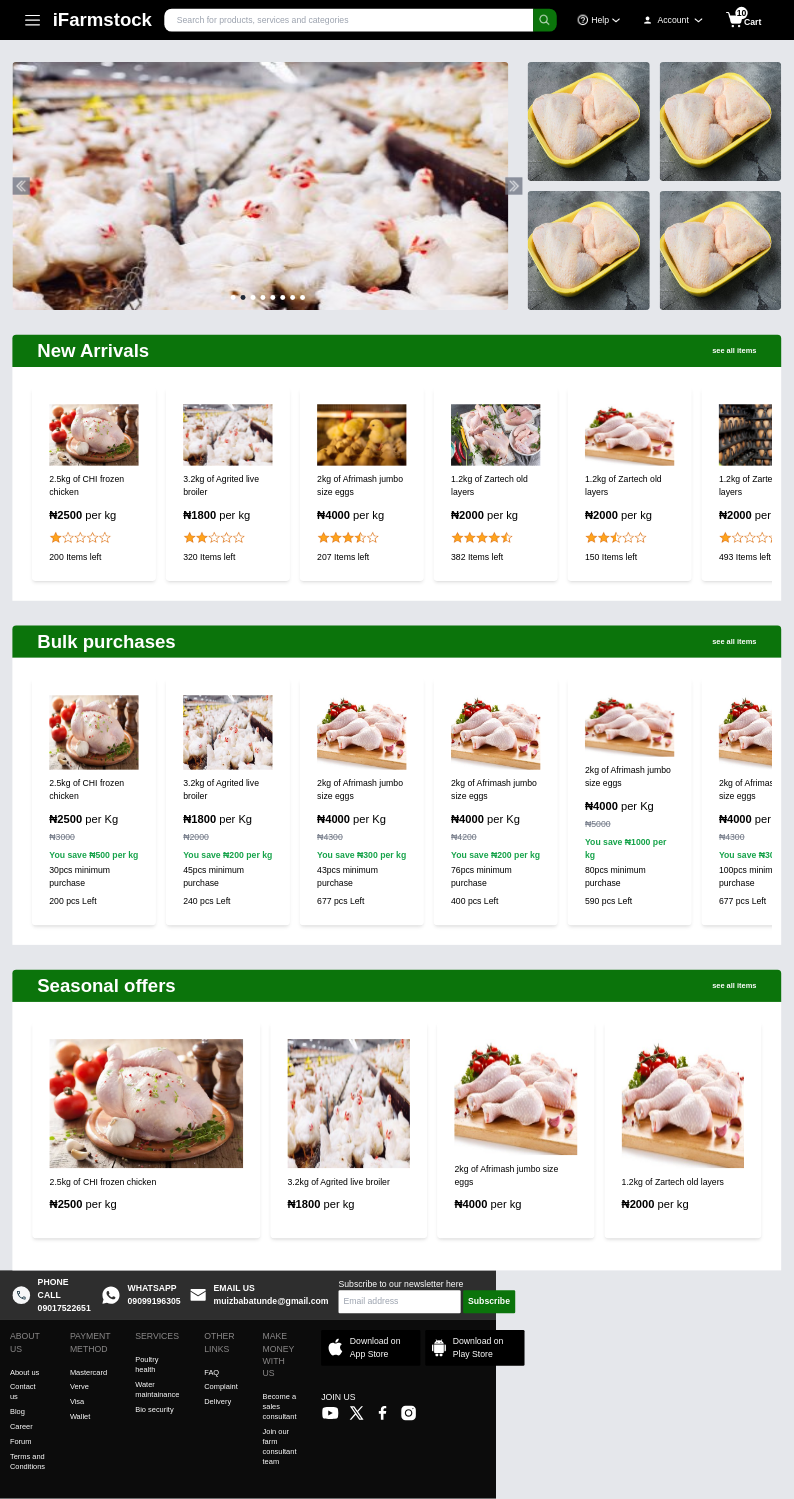
Repository: IssaMuiz/ifarmstock
Page: /
These files come from the project's save history. The page is drawn as it stood at one moment and after the next save; the edit follows.
The browser window is 1280 px wide. The pictures show the whole page, at 62% of full size.
The project was rebuilt for these pictures with package versions that can differ from the ones it lists, and the page was loaded fresh each time. The framework's server and built-in components were replaced by stand-ins that run in the browser. Also part of the build but not shown: next.config.mjs.

Above is the page before, as saved 2024-09-04 06:30:03.

### app/layout.tsx
import "@/styles/globals.css";

export const metadata = {
  title: "Grow",
  description: "Livestock farming e-commerce application",
};

export default function RootLayout({
  children,
}: {
  children: React.ReactNode;
}) {
  return (
    <html lang="en">
      <body className="bg-gray-200 h-screen w-auto">
        <section className="mb-5">{children}</section>
      </body>
    </html>
  );
}

### styles/globals.css
@tailwind base;
@tailwind components;
@tailwind utilities;

.scrollbar {
  scrollbar-width: thin;
  scrollbar-color: gray #313131;
}

.bgColor {
  background-color: rgb(11, 116, 11);
}

.text {
  color: white;
}

body {
  font-family: Arial, Helvetica, sans-serif;
  font-size: 14px;
}

### components/clientLayout.tsx
"use client";
import Navbar from "@/components/navbar";
import Sidenav from "@/components/sidenav";
import Footer from "@/components/footer";

import { useState, createContext } from "react";

export const SidebarContext = createContext({
  isOpen: false,
  toggleSidebar: () => {},
});

const ClientLayout = ({ children }: { children: React.ReactNode }) => {
  const [isOpen, setIsOpen] = useState(false);

  const toggleSidebar = () => {
    setIsOpen((prev) => !prev);
  };
  return (
    <SidebarContext.Provider value={{ isOpen, toggleSidebar }}>
      <Navbar />
      <Sidenav />
      <div
        className={`fixed inset-0 bg-black transition-opacity duration-300 ease-in-out z-10 ${
          isOpen
            ? "opacity-70 pointer-events-auto"
            : "opacity-0 pointer-events-none"
        }`}
        onClick={toggleSidebar}
      ></div>
      <section
        className={`relative z-0 transition-all duration-300 ease-in-out `}
      >
        {children}
      </section>
      <Footer />
    </SidebarContext.Provider>
  );
};

export default ClientLayout;

### components/newArrivalsCards.tsx
import Image from "next/image";
import newArrivalsCards from "../models/newArrivalsCards.json";
const NewArrivalsCards = () => {
  const sliceNewArrivals = newArrivalsCards.slice(0, 10);
  return (
    <div className="bg-white h-auto w-auto tablet:p-4 mobile:p-1">
      <div className="flex overflow-x-auto space-x-4 p-4">
        {sliceNewArrivals.map((product, index) => (
          <div
            key={index}
            className="flex shadow-md hover:shadow-xl hover:scale-[1.01] hover:transition-all hover:duration-300 hover:ease-in-out flex-col tablet:min-w-[200px] mobile:min-w-[160px] tablet:p-7 tablet:gap-3 mobile:p-2 mobile:gap-1 rounded-md cursor-pointer"
          >
            <Image
              src={product.image}
              alt="poultry"
              width={150}
              height={100}
              className="h-full w-full"
            />
            <div className="text-md">
              <p className="line-clamp-2 mb-3">
                <span>{product.weight}</span> of {product.name}
              </p>
              <p className="font-semibold text-lg mb-3">
                &#8358;{product.Price}
                <span className="text-md font-extralight"> per kg</span>
              </p>
              <div className="mb-3">
                <Image
                  src={product.rating}
                  alt="rating-icon"
                  width={100}
                  height={60}
                />
              </div>
              <div className="">{product.itemsLeft} Items left</div>
            </div>
          </div>
        ))}
      </div>
    </div>
  );
};

export default NewArrivalsCards;

### components/seasonalCards.tsx
import Image from "next/image";
import seasonalCards from "@/models/seasonalCards.json";
const SeasonalCards = () => {
  return (
    <div className="bg-white h-auto w-auto tablet:p-4 mobile:p-1">
      <div className="flex overflow-x-auto space-x-4 p-4 mb-5">
        {seasonalCards.map((product, index) => (
          <div
            key={index}
            className="flex shadow-md hover:shadow-xl hover:scale-[1.01] hover:transition-all hover:duration-300 hover:ease-in-out flex-col tablet:min-w-[200px] mobile:min-w-[160px] tablet:p-7 tablet:gap-3 mobile:p-2 mobile:gap-1 rounded-md cursor-pointer"
          >
            <Image
              src={product.image}
              alt="poultry"
              width={150}
              height={100}
              className="h-full w-full"
            />
            <div className="text-md">
              <p className="line-clamp-2 mb-3">
                <span>{product.weight}</span> of {product.name}
              </p>
              <p className="font-semibold text-lg mb-3">
                &#8358;{product.Price}
                <span className="text-md font-extralight"> per kg</span>
              </p>
            </div>
          </div>
        ))}
      </div>
    </div>
  );
};

export default SeasonalCards;

### components/footer.tsx
import Link from "next/link";

const Footer = () => {
  return (
    <footer>
      <div className=" mobile:hidden tablet:flex flex-col text w-[800px]">
        <div className=" bg-[#2e2e2e] flex justify-between gap-4 h-20 items-center px-5 w-full">
          <div className="flex gap-3 items-center cursor-pointer hover:text-[#8a8888] font-semibold">
            <svg
              xmlns="http://www.w3.org/2000/svg"
              width="30"
              height="30"
              viewBox="0 0 42 42"
            >
              <g id="PhoneIcon" transform="translate(-1235 -471)">
                <circle
                  id="Ellipse_9"
                  data-name="Ellipse 9"
                  cx="21"
                  cy="21"
                  r="21"
                  transform="translate(1235 471)"
                  fill="#f6f7f8"
                />
                <path
                  id="call_FILL0_wght300_GRAD0_opsz24"
                  d="M158.754-800a15.86,15.86,0,0,1-6.682-1.546,21.268,21.268,0,0,1-6.167-4.363,21.421,21.421,0,0,1-4.357-6.167A15.823,15.823,0,0,1,140-818.752a1.214,1.214,0,0,1,.353-.89,1.192,1.192,0,0,1,.882-.356h3.837a1.175,1.175,0,0,1,.786.291,1.279,1.279,0,0,1,.433.718l.674,3.462a1.978,1.978,0,0,1-.029.828,1.231,1.231,0,0,1-.357.581l-2.717,2.645a16.322,16.322,0,0,0,1.5,2.273,22.419,22.419,0,0,0,1.825,2.046,20.311,20.311,0,0,0,2.059,1.8,20.68,20.68,0,0,0,2.355,1.545l2.64-2.663a1.494,1.494,0,0,1,.669-.4,1.922,1.922,0,0,1,.816-.057l3.267.665a1.382,1.382,0,0,1,.727.455,1.16,1.16,0,0,1,.282.765v3.814a1.191,1.191,0,0,1-.356.882A1.214,1.214,0,0,1,158.754-800Zm-15.726-13.145,2.1-2.009a.21.21,0,0,0,.074-.124.275.275,0,0,0-.006-.147l-.511-2.629a.242.242,0,0,0-.079-.136.228.228,0,0,0-.147-.045h-2.516a.154.154,0,0,0-.113.045.153.153,0,0,0-.045.113,15.049,15.049,0,0,0,.395,2.45A14.978,14.978,0,0,0,143.028-813.144Zm10.235,10.167a12.1,12.1,0,0,0,2.44.834,13.842,13.842,0,0,0,2.374.343.153.153,0,0,0,.113-.045.153.153,0,0,0,.045-.113v-2.475a.228.228,0,0,0-.045-.147.242.242,0,0,0-.136-.079l-2.471-.5a.186.186,0,0,0-.119-.006.289.289,0,0,0-.107.074ZM143.028-813.144ZM153.263-802.976Z"
                  transform="translate(1105.999 1301.999)"
                  fill="#072635"
                />
              </g>
            </svg>
            <div>
              <p>PHONE CALL</p>
              <p>09017522651</p>
            </div>
          </div>
          <div>
            <div className="flex gap-3 items-center cursor-pointer hover:text-[#8a8888] font-semibold">
              <svg
                xmlns="http://www.w3.org/2000/svg"
                viewBox="0 0 50 50"
                width="30"
                height="30"
                className="fill-white"
              >
                <path d="M25,2C12.318,2,2,12.318,2,25c0,3.96,1.023,7.854,2.963,11.29L2.037,46.73c-0.096,0.343-0.003,0.711,0.245,0.966 C2.473,47.893,2.733,48,3,48c0.08,0,0.161-0.01,0.24-0.029l10.896-2.699C17.463,47.058,21.21,48,25,48c12.682,0,23-10.318,23-23 S37.682,2,25,2z M36.57,33.116c-0.492,1.362-2.852,2.605-3.986,2.772c-1.018,0.149-2.306,0.213-3.72-0.231 c-0.857-0.27-1.957-0.628-3.366-1.229c-5.923-2.526-9.791-8.415-10.087-8.804C15.116,25.235,13,22.463,13,19.594 s1.525-4.28,2.067-4.864c0.542-0.584,1.181-0.73,1.575-0.73s0.787,0.005,1.132,0.021c0.363,0.018,0.85-0.137,1.329,1.001 c0.492,1.168,1.673,4.037,1.819,4.33c0.148,0.292,0.246,0.633,0.05,1.022c-0.196,0.389-0.294,0.632-0.59,0.973 s-0.62,0.76-0.886,1.022c-0.296,0.291-0.603,0.606-0.259,1.19c0.344,0.584,1.529,2.493,3.285,4.039 c2.255,1.986,4.158,2.602,4.748,2.894c0.59,0.292,0.935,0.243,1.279-0.146c0.344-0.39,1.476-1.703,1.869-2.286 s0.787-0.487,1.329-0.292c0.542,0.194,3.445,1.604,4.035,1.896c0.59,0.292,0.984,0.438,1.132,0.681 C37.062,30.587,37.062,31.755,36.57,33.116z" />
              </svg>
              <div>
                <p>WHATSAPP</p>
                <p>09099196305</p>
              </div>
            </div>
          </div>
          <div className="flex gap-3 items-center cursor-pointer hover:text-[#8a8888] font-semibold">
            <svg
              className="fill-white"
              xmlns="http://www.w3.org/2000/svg"
              viewBox="0 0 128 96"
              id="email"
              height="25"
              width="25"
            >
              <g>
                <path d="M0 11.283V8a8 8 0 0 1 8-8h112a8 8 0 0 1 8 8v3.283l-64 40zm66.12 48.11a4.004 4.004 0 0 1-4.24 0L0 20.717V88a8 8 0 0 0 8 8h112a8 8 0 0 0 8-8V20.717z"></path>
              </g>
            </svg>
            <div>
              <p>EMAIL US</p>
              <p>muizbabatunde@gmail.com</p>
            </div>
          </div>
          <div>
            <p>Subscribe to our newsletter here</p>
            <div className="flex items-center gap-1">
              <input
                className="p-2 rounded-sm text-black outline-none"
                type="text"
                placeholder="Email address"
              />
              <button
                type="submit"
                className="bgColor p-2 hover:bg-[#015722] font-semibold rounded-sm
            "
              >
                Subscribe
              </button>
            </div>
          </div>
        </div>

        <div className="bg-[#0c0c0c] h-72 p-4 flex items-start gap-10 w-full">
          <div className="flex flex-col gap-5">
            <h2 className="text-sm text-[#8a8888]">ABOUT US</h2>
            <div className="text-xs flex flex-col gap-2">
              <Link className="hover:underline" href="/">
                About us
              </Link>
              <Link className="hover:underline" href="/">
                Contact us
              </Link>
              <Link className="hover:underline" href="/">
                Blog
              </Link>
              <Link className="hover:underline" href="/">
                Career
              </Link>
              <Link className="hover:underline" href="/">
                Forum
              </Link>
              <Link className="hover:underline" href="/">
                Terms and Conditions
              </Link>
            </div>
          </div>

          <div className="flex flex-col gap-5">
            <h2 className="text-sm text-[#8a8888]">PAYMENT METHOD</h2>
            <div className="text-xs flex flex-col gap-2">
              <Link className="hover:underline" href="/">
                Mastercard
              </Link>
              <Link className="hover:underline" href="/">
                Verve
              </Link>
              <Link className="hover:underline" href="/">
                Visa
              </Link>
              <Link className="hover:underline" href="/">
                Wallet
              </Link>
            </div>
          </div>
          <div className="flex flex-col gap-5">
            <h2 className="text-sm text-[#8a8888]">SERVICES</h2>
            <div className="text-xs flex flex-col gap-2">
              <Link className="hover:underline" href="/">
                Poultry health
              </Link>
              <Link className="hover:underline" href="/">
                Water maintainance
              </Link>
              <Link className="hover:underline" href="/">
                Bio security
              </Link>
            </div>
          </div>
          <div className="flex flex-col gap-5">
            <h2 className="text-sm text-[#8a8888]">OTHER LINKS</h2>
            <div className="text-xs flex flex-col gap-2">
              <Link className="hover:underline" href="/">
                FAQ
              </Link>
              <Link className="hover:underline" href="/">
                Complaint
              </Link>
              <Link className="hover:underline" href="/">
                Delivery
              </Link>
            </div>
          </div>
          <div className="flex flex-col gap-5">
            <h2 className="text-sm text-[#8a8888]">MAKE MONEY WITH US</h2>
            <div className="text-xs flex flex-col gap-2">
              <Link className="hover:underline" href="/">
                Become a sales consultant
              </Link>
              <Link className="hover:underline" href="/">
                Join our farm consultant team
              </Link>
            </div>
          </div>
          <div>
            <div className="flex gap-2">
              <div className="bg-black rounded-sm flex items-center p-2 w-40 gap-2 cursor-pointer">
                <svg
                  fill="#FFFFFF"
                  version="1.1"
                  id="Layer_1"
                  xmlns="http://www.w3.org/2000/svg"
                  xmlnsXlink="http://www.w3.org/1999/xlink"
                  x="0px"
                  y="0px"
                  viewBox="0 0 64 64"
                  xmlSpace="preserve"
                  height="30px"
                  width="30px"
                >
                  <path d="M54.166,19.783c-0.258,0.162-6.401,3.571-6.401,11.13c0.29,8.621,7.752,11.644,7.88,11.644 c-0.128,0.162-1.127,4.119-4.085,8.267C49.213,54.398,46.607,58,42.65,58c-3.764,0-5.115-2.381-9.458-2.381 c-4.664,0-5.984,2.381-9.555,2.381c-3.957,0-6.756-3.795-9.232-7.335c-3.216-4.633-5.95-11.903-6.047-18.883 c-0.065-3.699,0.644-7.335,2.444-10.423c2.541-4.312,7.077-7.238,12.031-7.335c3.795-0.128,7.173,2.606,9.49,2.606 c2.22,0,6.37-2.606,11.065-2.606C45.415,14.026,50.82,14.636,54.166,19.783z M32.002,13.285c-0.676-3.378,1.19-6.756,2.927-8.911 C37.149,1.769,40.655,0,43.678,0c0.193,3.378-1.03,6.691-3.216,9.104C38.5,11.71,35.122,13.671,32.002,13.285z" />
                </svg>
                <div>
                  <p>Download on</p>
                  <p>App Store</p>
                </div>
              </div>
              <div className="bg-black rounded-sm flex items-center p-2 w-40 gap-2 cursor-pointer">
                <svg
                  fill="#FFFFFF"
                  xmlns="http://www.w3.org/2000/svg"
                  xmlnsXlink="http://www.w3.org/1999/xlink"
                  viewBox="0 0 50 50"
                  width="28px"
                  height="28px"
                >
                  <path d="M30.718,6.156c-0.192,0-0.387-0.055-0.559-0.171c-0.458-0.309-0.578-0.931-0.27-1.389l2.805-4.156c0.31-0.458,0.93-0.579,1.389-0.27c0.458,0.309,0.578,0.931,0.27,1.389l-2.805,4.156C31.354,6.002,31.039,6.156,30.718,6.156z" />
                  <path d="M19.282,6.156c-0.321,0-0.637-0.154-0.83-0.441l-2.804-4.156c-0.309-0.458-0.188-1.079,0.27-1.388c0.458-0.31,1.08-0.188,1.388,0.27l2.804,4.156c0.309,0.458,0.188,1.079-0.27,1.388C19.669,6.101,19.475,6.156,19.282,6.156z" />
                  <path d="M25,3c-6.724,0-12.492,4.244-13.816,10h27.633C37.492,7.244,31.724,3,25,3z M19.503,11C18.67,11,18,10.33,18,9.498C18,8.67,18.67,8,19.503,8C20.33,8,21,8.67,21,9.498C21,10.33,20.33,11,19.503,11z M30.497,11C29.67,11,29,10.33,29,9.498C29,8.67,29.67,8,30.497,8C31.33,8,32,8.67,32,9.498C32,10.33,31.33,11,30.497,11z" />
                  <path d="M11,15v22c0,1.654,1.346,3,3,3h22c1.654,0,3-1.346,3-3V15H11z" />
                  <path d="M15,42v4c0,2.206,1.794,4,4,4s4-1.794,4-4v-4H15z" />
                  <path d="M27,42v4c0,2.206,1.794,4,4,4s4-1.794,4-4v-4H27z" />
                  <path d="M42,15c-0.353,0-0.686,0.072-1,0.184v19.633C41.314,34.928,41.647,35,42,35c1.657,0,3-1.343,3-3c0-0.432,0-13.569,0-14C45,16.343,43.657,15,42,15z" />
                  <path d="M9,15.184C8.686,15.072,8.353,15,8,15c-1.657,0-3,1.343-3,3c0,0.431,0,13.568,0,14c0,1.657,1.343,3,3,3c0.353,0,0.686-0.072,1-0.184V15.184z" />
                </svg>
                <div>
                  <p>Download on</p>
                  <p>Play Store</p>
                </div>
              </div>
            </div>
            <div className="mt-10">
              <p>JOIN US</p>
              <div className="flex gap-3">
                <svg
                  className="hover:fill-green-600 cursor-pointer"
                  fill="#FFFFFF"
                  xmlns="http://www.w3.org/2000/svg"
                  xmlnsXlink="http://www.w3.org/1999/xlink"
                  viewBox="0 0 50 50"
                  width="30px"
                  height="30px"
                >
                  <g>
                    <path d="M44.9,14.5c-0.4-2.2-2.3-3.8-4.5-4.3C37.1,9.5,31,9,24.4,9c-6.6,0-12.8,0.5-16.1,1.2c-2.2,0.5-4.1,2-4.5,4.3C3.4,17,3,20.5,3,25s0.4,8,0.9,10.5c0.4,2.2,2.3,3.8,4.5,4.3c3.5,0.7,9.5,1.2,16.1,1.2s12.6-0.5,16.1-1.2c2.2-0.5,4.1-2,4.5-4.3c0.4-2.5,0.9-6.1,1-10.5C45.9,20.5,45.4,17,44.9,14.5z M19,32V18l12.2,7L19,32z" />
                  </g>
                </svg>

                <svg
                  className="hover:fill-green-600 cursor-pointer"
                  fill="#FFFFFF"
                  version="1.1"
                  baseProfile="basic"
                  xmlns="http://www.w3.org/2000/svg"
                  xmlnsXlink="http://www.w3.org/1999/xlink"
                  x="0px"
                  y="0px"
                  viewBox="0 0 30 30"
                  xmlSpace="preserve"
                  width="30px"
                  height="30px"
                >
                  <g id="Layer_10"></g>
                  <g id="win10"></g>
                  <g id="ssm"></g>
                  <g id="mat_2"></g>
                  <g id="ios"></g>
                  <g id="fluent">
                    <path d="M26.37,26l-8.795-12.822l0.015,0.012L25.52,4h-2.65l-6.46,7.48L11.28,4H4.33l8.211,11.971L12.54,15.97L3.88,26h2.65l7.182-8.322L19.42,26H26.37z M10.23,6l12.34,18h-2.1L8.12,6H10.23z" />
                  </g>
                </svg>

                <svg
                  className="fill-white hover:fill-green-600 cursor-pointer"
                  version="1.1"
                  id="Layer_1"
                  xmlns="http://www.w3.org/2000/svg"
                  xmlnsXlink="http://www.w3.org/1999/xlink"
                  x="0px"
                  y="0px"
                  viewBox="0 0 100 100"
                  xmlSpace="preserve"
                  width="30px"
                  height="30px"
                >
                  <path d="M55,33c0-4.418,3.582-8,8-8s7,0,7,0V14c0,0-5-1-11-1c-9.941,0-18,8.059-18,18v9H30v14h11v33h14V54h13l2-14H55C55,40,55,33.718,55,33z" />
                  <path d="M45.5,53.5v29 M65.5,17.884C63.725,17.682,61.444,17.5,59,17.5c-7.444,0-13.5,6.056-13.5,13.5v0.5" />
                  <line x1="45.5" y1="40.5" x2="45.5" y2="39.5" />
                  <line x1="45.5" y1="37.5" x2="45.5" y2="34.5" />
                </svg>

                <svg
                  className="hover:fill-green-600 cursor-pointer"
                  fill="#FFFFFF"
                  version="1.1"
                  id="Layer_1"
                  xmlns="http://www.w3.org/2000/svg"
                  xmlnsXlink="http://www.w3.org/1999/xlink"
                  x="0px"
                  y="0px"
                  viewBox="0 0 64 64"
                  xmlSpace="preserve"
                  width="30px"
                  height="30px"
                >
                  <path d="M32,23c-4.971,0-9,4.029-9,9s4.029,9,9,9s9-4.029,9-9S36.971,23,32,23z" />
                  <path d="M42.415,7H21.581C13.542,7,7,13.544,7,21.585v20.833C7,50.458,13.544,57,21.585,57h20.833C50.458,57,57,50.456,57,42.415V21.581C57,13.542,50.456,7,42.415,7z M32,45c-7.17,0-13-5.831-13-13s5.83-13,13-13s13,5.83,13,13S39.169,45,32,45z M47,19c-1.104,0-2-0.896-2-2s0.896-2,2-2s2,0.896,2,2S48.104,19,47,19z" />
                </svg>
              </div>
            </div>
          </div>
        </div>
      </div>
      <div className="mobile:flex tablet:hidden w-full text h-40 flex-col">
        <div className="bg-[#2e2e2e] h-10 text-center">
          <p className="pt-2">BACK TO TOP</p>
        </div>
        <div className="h-32 flex flex-col items-center gap-2 bg-[#0c0c0c] p-4 text-[12px]">
          <div className="flex gap-2">
            <Link className="active:underline" href="/">
              HELP CENTER
            </Link>
            <Link className="active:underline" href="/">
              CONTACT US
            </Link>
            <Link className="active:underline" href="/">
              LODGE A COMPLAIN
            </Link>
          </div>
          <div className="flex gap-2">
            <Link className="active:underline" href="/">
              JOIN OUR TEAM
            </Link>
            <Link className="active:underline" href="/">
              TERMS AND CONDITION
            </Link>
            <Link className="active:underline" href="/">
              PRIVATE NOTICE
            </Link>
          </div>
        </div>
      </div>
    </footer>
  );
};

export default Footer;

### tailwind.config.ts
import type { Config } from "tailwindcss";

const config: Config = {
  content: [
    "./pages/**/*.{js,ts,jsx,tsx,mdx}",
    "./components/**/*.{js,ts,jsx,tsx,mdx}",
    "./app/**/*.{js,ts,jsx,tsx,mdx}",
  ],
  theme: {
    extend: {
      screens: {
        mobile: "350px",
        tablet: "768px",
        desktop: "1024px",
      },
    },
  },
  plugins: [],
};
export default config;

Loaded but not shown: models/newArrivalsCards.json (162 lines, source omitted); models/bulkPurchasesCards.json (110 lines, source omitted); models/seasonalCards.json (26 lines, source omitted); components/navbar.tsx (148 lines, source omitted); components/productSlider.tsx (129 lines, source omitted); components/sidenav.tsx (121 lines, source omitted); components/bulkPurchasesCards.tsx (44 lines, source omitted); app/page.tsx (52 lines, source omitted)

After the next save:
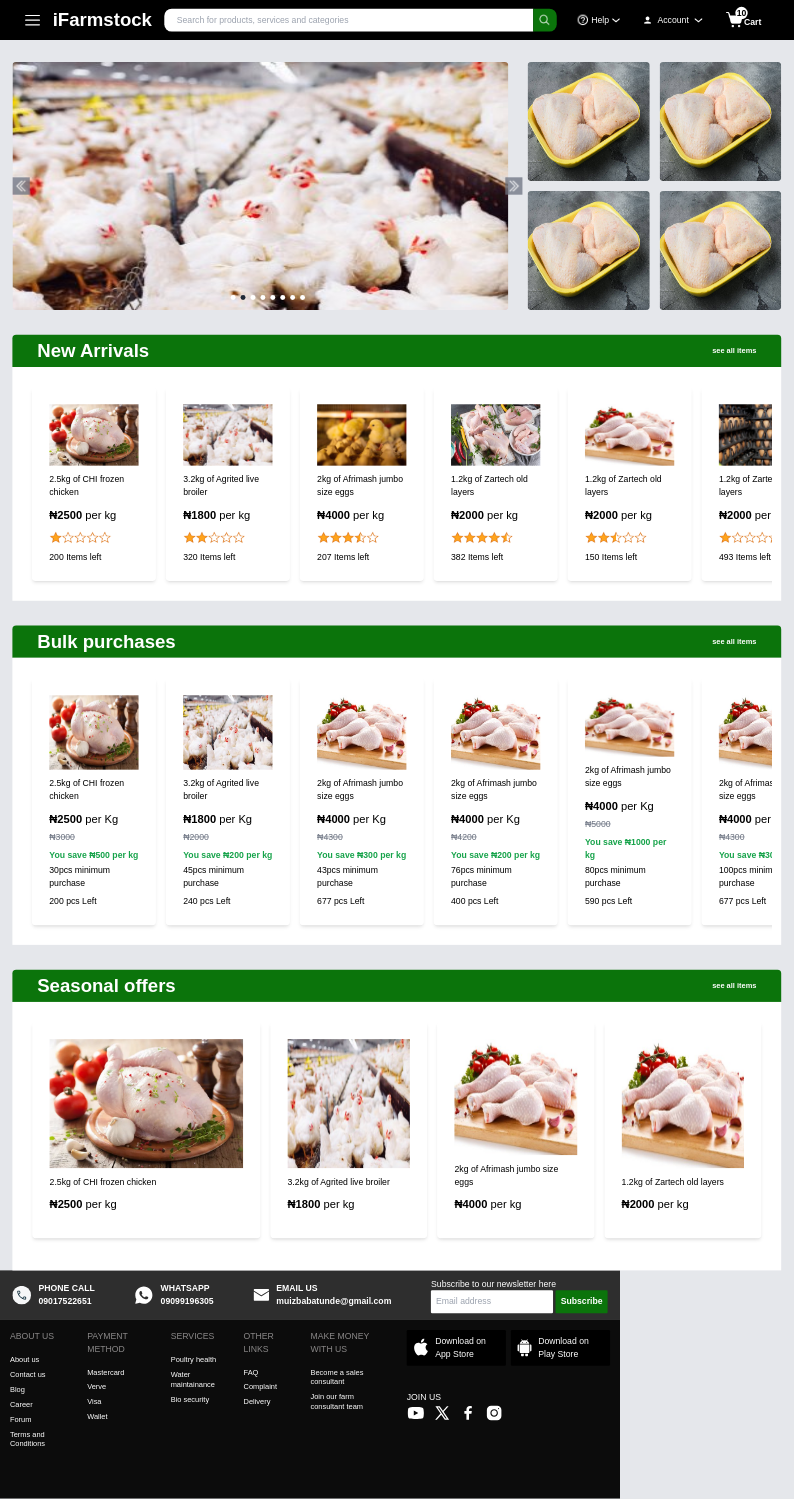
Saved 30 s later.
--- a/components/footer.tsx
+++ b/components/footer.tsx
@@ -3,7 +3,7 @@ import Link from "next/link";
 const Footer = () => {
   return (
     <footer>
-      <div className=" mobile:hidden tablet:flex flex-col text w-[800px]">
+      <div className=" mobile:hidden tablet:flex flex-col text w-[1000px]">
         <div className=" bg-[#2e2e2e] flex justify-between gap-4 h-20 items-center px-5 w-full">
           <div className="flex gap-3 items-center cursor-pointer hover:text-[#8a8888] font-semibold">
             <svg
